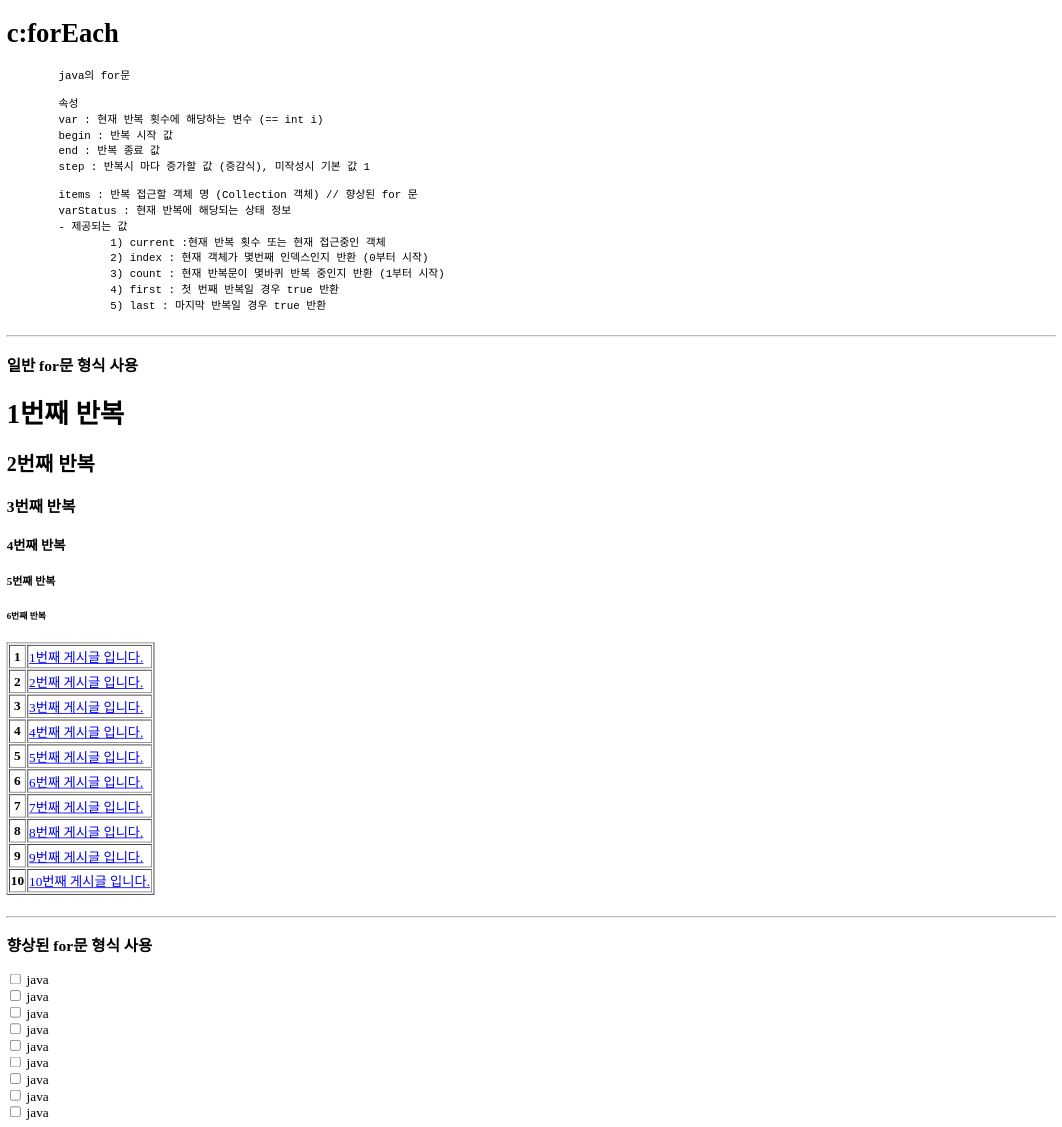
Repository: Seenee-Shin/servlet-jsp
Page: http://localhost/JSPProject/06_JSTL_2.jsp
The author's editor kept a copy of each file at every save. The page is drawn from the files as they stood at one save, then again after the next save.
The browser window is 1280 px wide. The pictures show the whole page, at 83% of full size.
The page is served by Tomcat 9. Other server files are loaded and not shown.

Above is the page before, as saved 2021-11-30 03:10:40.

### JSPProject/src/main/webapp/06_JSTL_2.jsp
<%@ page language="java" contentType="text/html; charset=UTF-8" pageEncoding="UTF-8"%>
<%@ taglib prefix="c" uri="http://java.sun.com/jsp/jstl/core"%>
<!DOCTYPE html>
<html lang="ko">
<head>
	<meta charset="UTF-8">
	<meta name="viewport" content="width=device-width, initial-scale=1.0">
	<title>06.JSTL - c:forEach</title>
</head>
<body>
	<h1> c:forEach</h1>
	<pre>
	java의 for문

	속성
	var : 현재 반복 횟수에 해당하는 변수 (== int i)
	begin : 반복 시작 값
	end : 반복 종료 값
	step : 반복시 마다 증가할 값 (증감식), 미작성시 기본 값 1

	items : 반복 접근할 객체 명 (Collection 객체) // 향상된 for 문
	varStatus : 현재 반복에 해당되는 상태 정보
	- 제공되는 값
		1) current :현재 반복 횟수 또는 현재 접근중인 객체
		2) index : 현재 객체가 몇번째 인덱스인지 반환 (0부터 시작)
		3) count : 현재 반복문이 몇바퀴 반복 중인지 반환 (1부터 시작)
		4) first : 첫 번째 반복일 경우 true 반환
		5) last : 마지막 반복일 경우 true 반환
	</pre>

	<hr>
	<h3>일반 for문 형식 사용 </h3>
	<c:forEach var="i" begin="1" end="6" >
	<h${i}>${i}번째 반복</h${i}>
	</c:forEach>

	<table border="1">
		<tbody>
			<c:forEach var="i" begin="1" end="10">
				<tr>
					<th>${i}</th>
					<td>
						<a href="#">${i}번째 게시글 입니다.</a>
					</td>
				</tr>
			</c:forEach>
		</tbody>
	</table>
	<br>
	<hr>
	<h3>향상된 for문 형식 사용</h3>
	<form method="get" action="forResult.jsp">
		<input type="checkbox" name="lang" value="java"> java <br>
		<input type="checkbox" name="lang" value="sql"> java <br>
		<input type="checkbox" name="lang" value="jdbc"> java <br>
		<input type="checkbox" name="lang" value="html"> java <br>
		<input type="checkbox" name="lang" value="css"> java <br>
		<input type="checkbox" name="lang" value="javascipt"> java <br>
		<input type="checkbox" name="lang" value="jQuery"> java <br>
		<input type="checkbox" name="lang" value="servlet"> java <br>
		<input type="checkbox" name="lang" value="jsp"> java <br>
	</form>

</body>
</html>

After the next save:
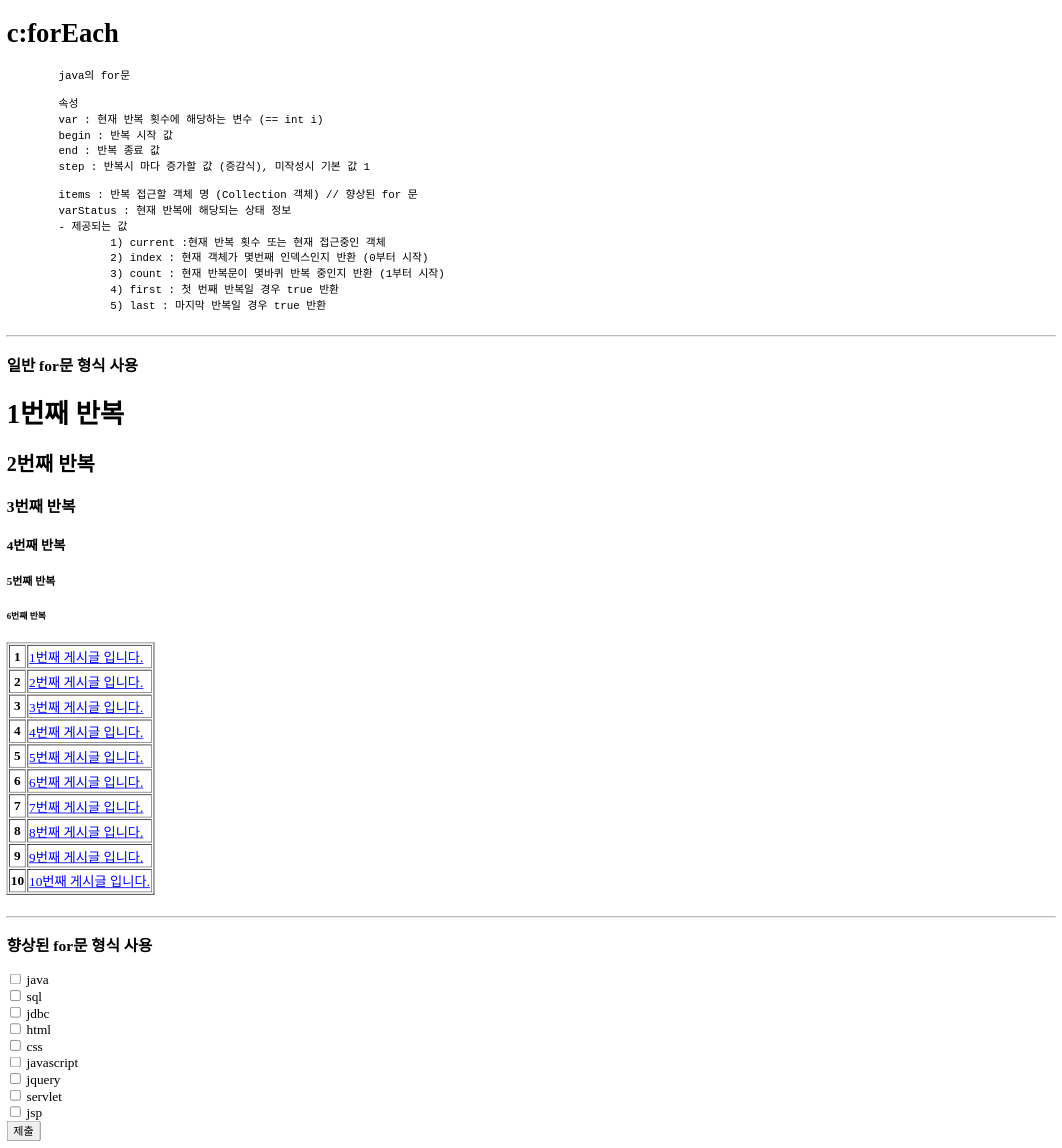
Saved 49 s later.
--- a/JSPProject/src/main/webapp/06_JSTL_2.jsp
+++ b/JSPProject/src/main/webapp/06_JSTL_2.jsp
@@ -51,14 +51,15 @@
 	<h3>향상된 for문 형식 사용</h3>
 	<form method="get" action="forResult.jsp">
 		<input type="checkbox" name="lang" value="java"> java <br>
-		<input type="checkbox" name="lang" value="sql"> java <br>
-		<input type="checkbox" name="lang" value="jdbc"> java <br>
-		<input type="checkbox" name="lang" value="html"> java <br>
-		<input type="checkbox" name="lang" value="css"> java <br>
-		<input type="checkbox" name="lang" value="javascipt"> java <br>
-		<input type="checkbox" name="lang" value="jQuery"> java <br>
-		<input type="checkbox" name="lang" value="servlet"> java <br>
-		<input type="checkbox" name="lang" value="jsp"> java <br>
+		<input type="checkbox" name="lang" value="sql"> sql <br>
+		<input type="checkbox" name="lang" value="jdbc"> jdbc<br>
+		<input type="checkbox" name="lang" value="html"> html <br>
+		<input type="checkbox" name="lang" value="css"> css <br>
+		<input type="checkbox" name="lang" value="javascipt"> javascript <br>
+		<input type="checkbox" name="lang" value="jQuery"> jquery <br>
+		<input type="checkbox" name="lang" value="servlet"> servlet <br>
+		<input type="checkbox" name="lang" value="jsp"> jsp <br>
+		<button>제출</button>
 	</form>
 
 </body>
